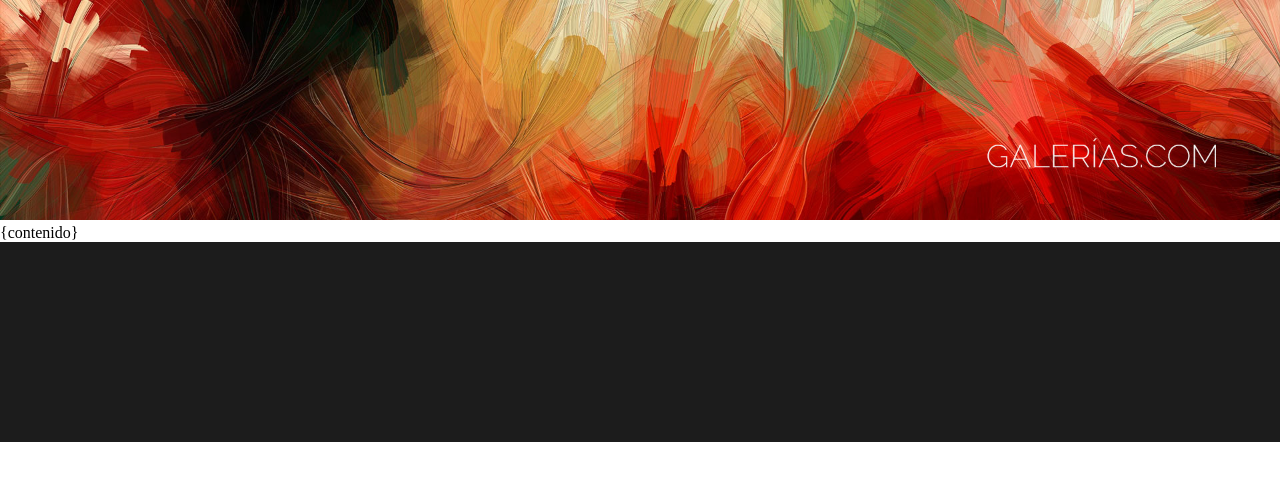
Repository: jluislechado/practicaGaleria
Page: plantillas/_plantillaPre.html
The author's editor kept a record of every edit. The page is drawn from the files as they stood at one moment, then again after the next edit.
The browser window is 1280 px wide. The pictures show the whole page.

Above is the page before.

After the next edit:
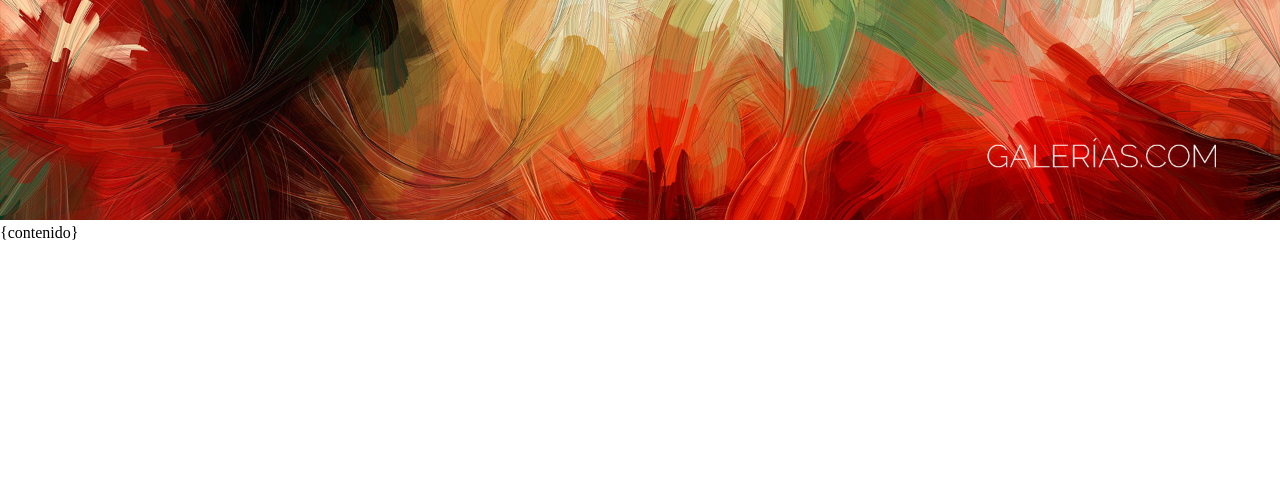
The edit:
--- a/plantillas/_plantillaPre.html
+++ b/plantillas/_plantillaPre.html
@@ -14,8 +14,6 @@
         <div>
             {contenido}
         </div>
-        <footer>
 
-        </footer>
     </body>
 </html>
